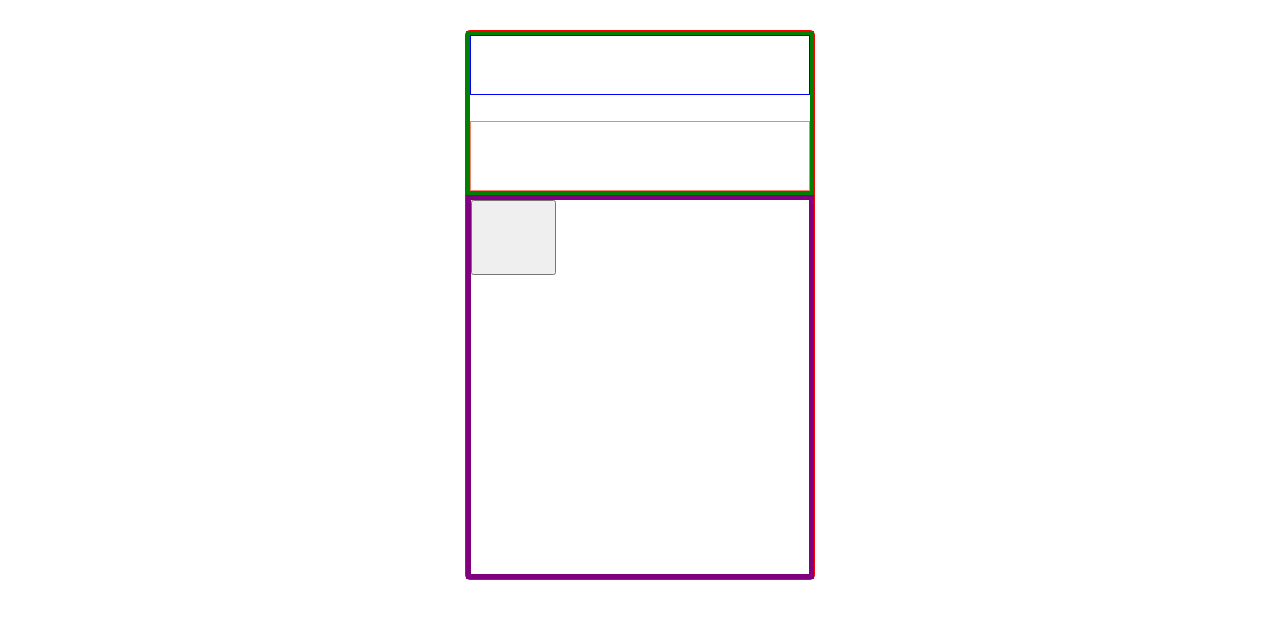
Repository: OfirLana/Calculator
Page: index.html
The author's editor kept a copy of each file at every save. The page is drawn from the files as they stood at one save, then again after a run of saves.
The browser window is 1280 px wide. The pictures show the whole page.

Above is the page before, as saved 2019-03-12 18:17:30.

### index.html
<!DOCTYPE html>
<html lang="en">

<head>
    <meta charset="UTF-8">
    <meta name="viewport" content="width=device-width, initial-scale=1.0">
    <meta http-equiv="X-UA-Compatible" content="ie=edge">
    <link href="https://fonts.googleapis.com/css?family=Lato:100,300,400,700,900" rel="stylesheet">
    <title>Document</title>
    <link rel="stylesheet" href="style.css">
</head>

<body>
    <div class="calculator">
        <div class="output_box">
            <div class="main_output">
                <span class="main_output_text">

                </span>
            </div>
            <div class="sub_output">
                <span class="sub_output_text">

                </span>
            </div>
        </div>


        <div class="opeartor_box">
            <button class="opeartor_button"></button>


        </div>








    </div>
    <script src="index.js"></script>
</body>

</html>

### style.css
* {
    margin: 0;
    padding: 0;
    box-sizing: border-box;
}

html {
    font-size: 62.5%;
}

body {
    font-family: "Lato", sans-serif;
    font-weight: 400;
    font-size: 1.6rem;
    line-height: 1.7;
    color: #777;
    padding: 3rem;
}

.calculator {
    display: flex;
    flex-direction: column;
    margin: 0 auto;
    width: 35rem;
    height: 55rem;
    border: 1px solid red;
    border-radius: 5px;
}

.output_box {
    display: flex;
    flex-direction: column;
    flex-basis: 30%;
    border: 4px solid green;
    width: 100%;
    justify-content: space-between
}

.main_output {
    display: flex;
    border: 1px solid blue;
    height: 6rem;
    /* background:blue; */

}

.sub_output {
    display: flex;
    border: 1px solid salmon;
    height: 7rem;
    /* background:red; */
}

.opeartor_box{
    display:flex;
    flex-direction: column;
    width:100%;
    border:5px solid purple;
    flex-basis:70%;
}

.opeartor_button{
    width:25%;
    height:20%;
}

Loaded but not shown: index.js (no copy from this time; the picture is the same without it)

After the next 6 saves:
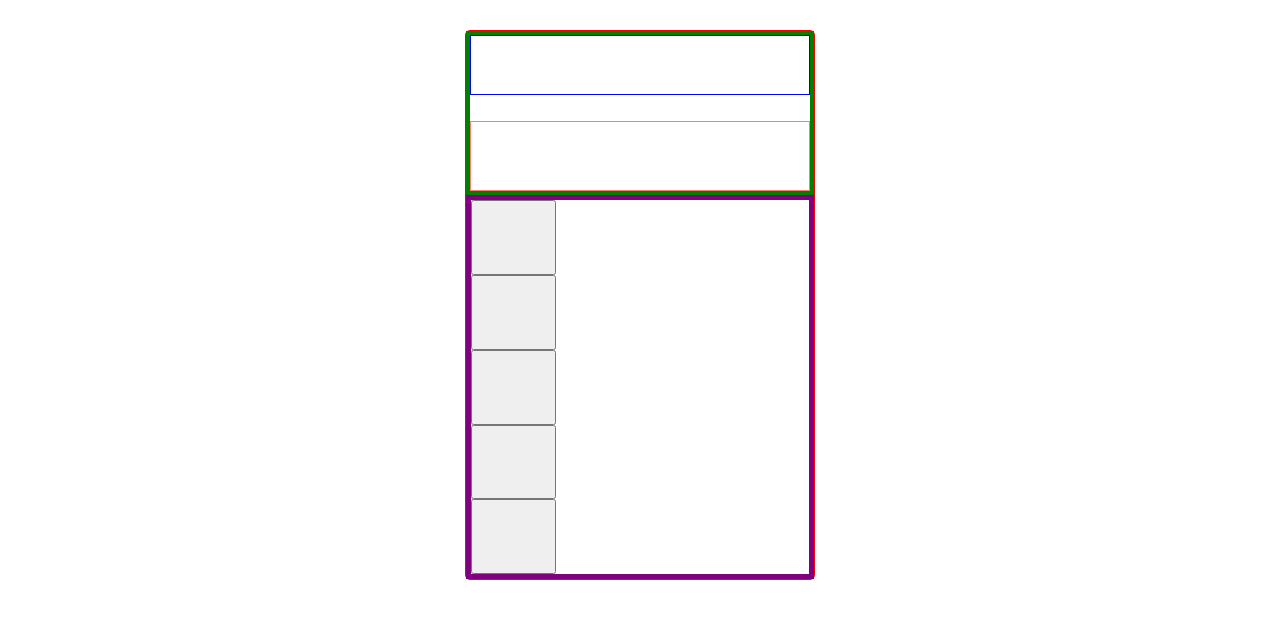
The 6 saves are shown as one change because they came seconds apart.
The last was saved 33 s later.
--- a/index.html
+++ b/index.html
@@ -28,6 +28,10 @@
 
         <div class="opeartor_box">
             <button class="opeartor_button"></button>
+            <button class="opeartor_button"></button>
+            <button class="opeartor_button"></button>
+            <button class="opeartor_button"></button>
+            <button class="opeartor_button"></button>
 
 
         </div>
